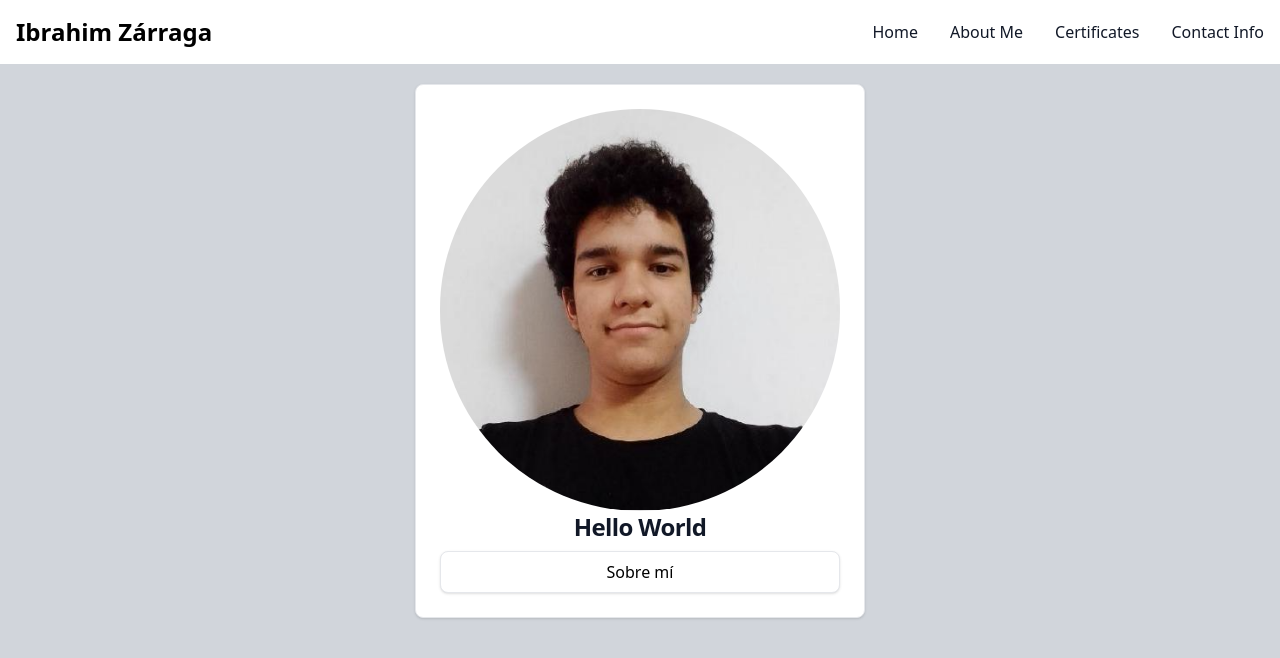
Repository: JetPi/Presentatio-Project
Page: /
These files come from the project's save history. The page is drawn as it stood at one moment and after the next save; the edit follows.
The browser window is 1280 px wide. The pictures show the whole page.
The project was rebuilt for these pictures with package versions that can differ from the ones it lists, and the page was loaded fresh each time. The framework's server and built-in components were replaced by stand-ins that run in the browser. Also part of the build but not shown: next.config.js.

Above is the page before, as saved 2023-04-03 15:11:35.

After the next save:
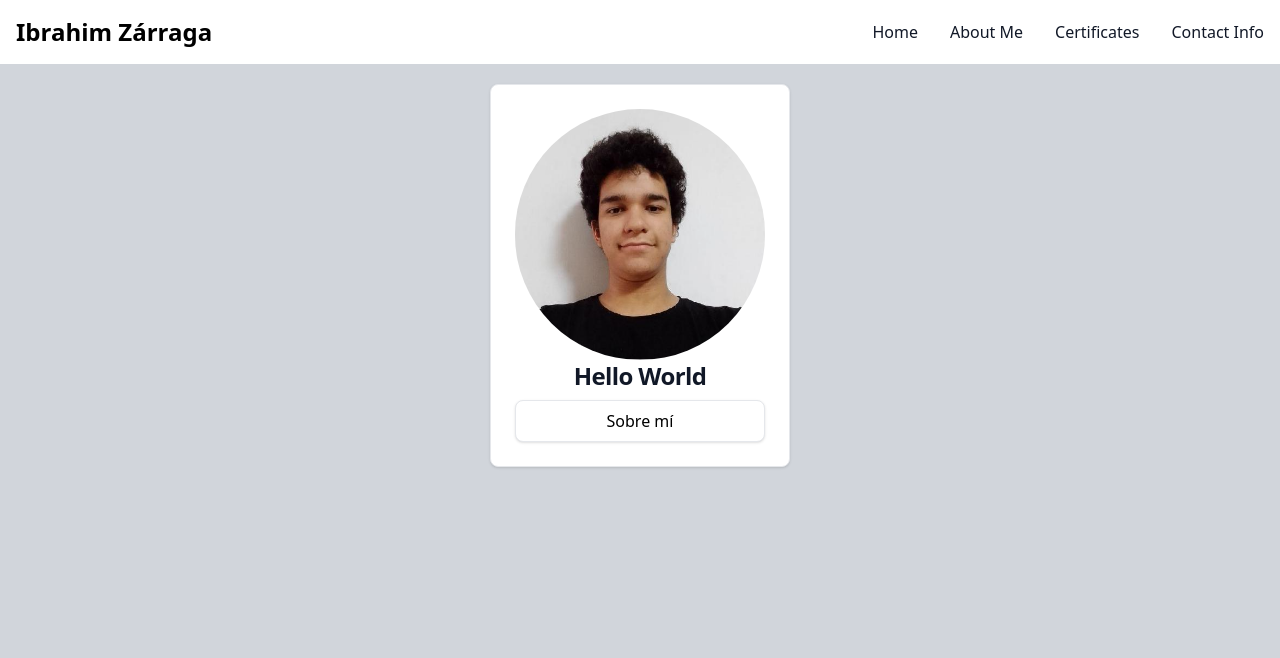
Saved 50 s later.
--- a/src/pages/index.tsx
+++ b/src/pages/index.tsx
@@ -30,8 +30,8 @@ export default function Home() {
           <Image
             className="rounded-full"
             src={"/Foto de Presentación.png"}
-            width={400}
-            height={400}
+            width={250}
+            height={250}
             alt={"Profile Photo"}
           />
           <CardTitle>Hello World</CardTitle>
